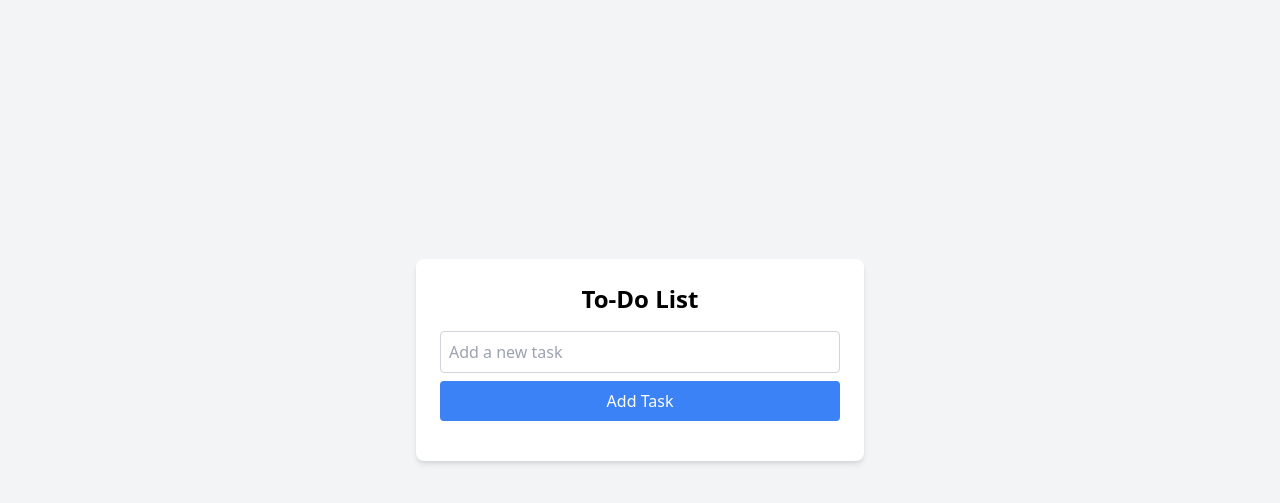
Repository: Meenakshi-commits/Day2_DOM_ToDo
Page: index.html
An editor plug-in stored every save of this project. The page is shown before and after a run of saves, followed by the edit.
The browser window is 1280 px wide. The pictures show the whole page.
Some web libraries are served in a nearby version.

Above is the page before, as saved 2025-10-08 12:56:41.

After the next 8 saves:
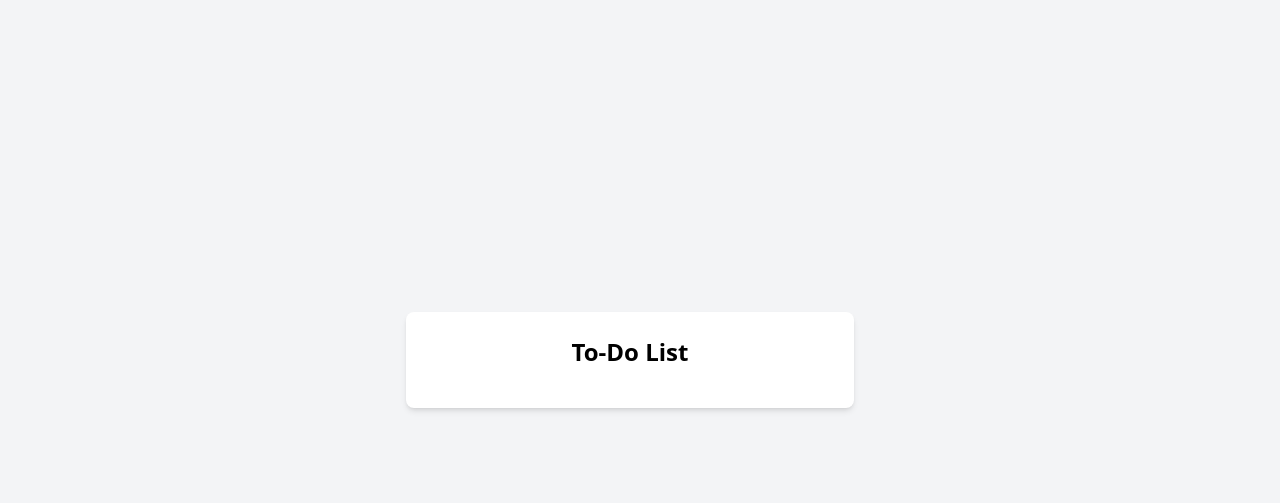
The 8 saves are shown as one change because they came seconds apart.
The last was saved 21 s later.
--- a/index.html
+++ b/index.html
@@ -9,10 +9,7 @@
     <body class="bg-gray-100 flex items-center justify-center min-h-screen">
         <div class="bg-white shadow-md rounded-lg p-6 w-full max-w-md">
             <h1 class="text-2xl font-bold mb-4 text-center">To-Do List</h1>
-            <form id="todo-form" class="mb-4">
-                <input type="text" id="todo-input" placeholder="Add a new task" class="w-full p-2 border border-gray-300 rounded mb-2">
-                <button type="submit" class="w-full bg-blue-500 text-white p-2 rounded hover:bg-blue-600">Add Task</button>
-            </form>
+            </div>
             <ul id="todo-list" class="list-disc pl-5"></ul>
         </body>
     </html>
